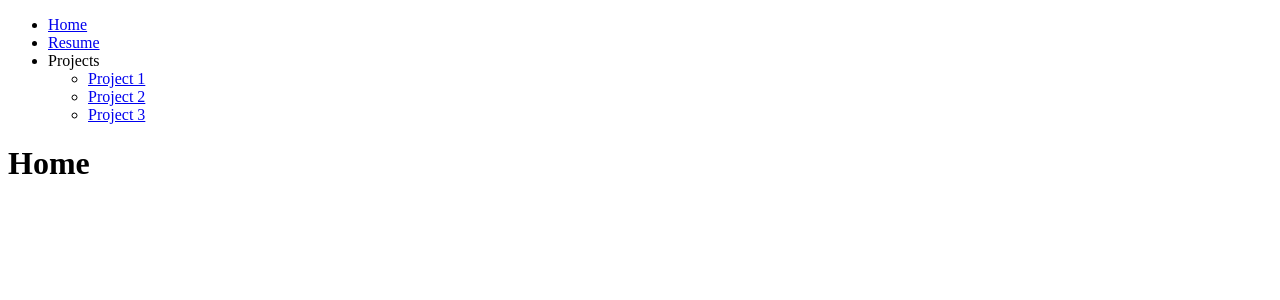
Repository: TangDylan/TangDylan.github.io
Page: index.html
The author's editor kept a record of every edit. The page is drawn from the files as they stood at one moment, then again after the next edit.
The browser window is 1280 px wide. The pictures show the whole page.

Above is the page before.

After the next edit:
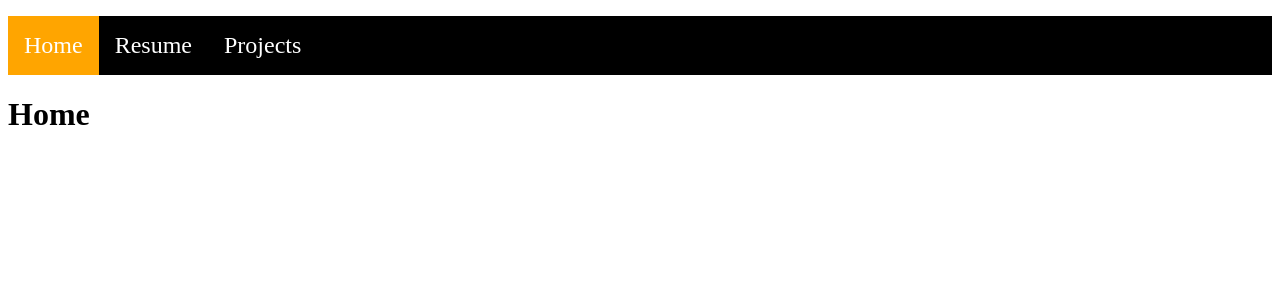
The edit:
--- a/index.html
+++ b/index.html
@@ -4,11 +4,8 @@
 
         <title>Home</title>
 
-        <style>
+        <link rel="stylesheet" type="text/css" href="style.css">
 
-
-
-        </style>
     </head>
 
     <body>
